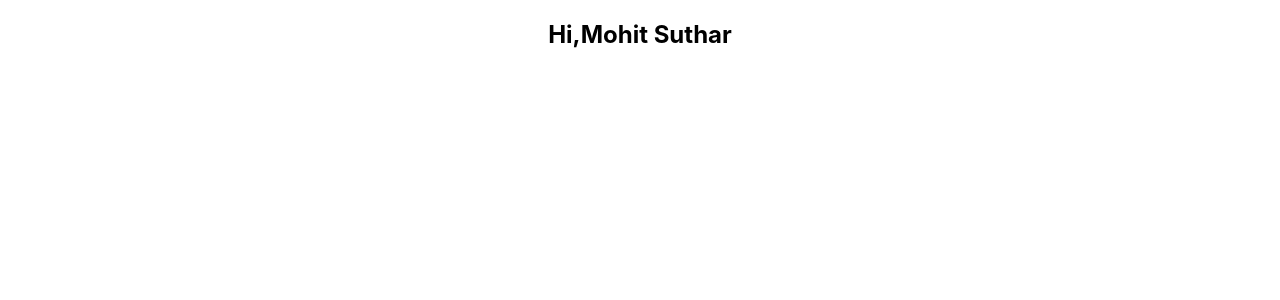
Repository: mohit78911/Wheather_app
Page: /
These files come from the project's save history. The page is drawn as it stood at one moment and after a run of saves; the edit follows.
The browser window is 1280 px wide. The pictures show the whole page.
The page's requests for data from a server got no answer. The project was rebuilt for these pictures with package versions that can differ from the ones it lists, and the page was loaded fresh each time. No one was signed in, and anything a server would have sent is missing. Also part of the build but not shown: src/App.css.

Above is the page before, as saved 2023-04-13 22:01:30.

After the next 7 saves:
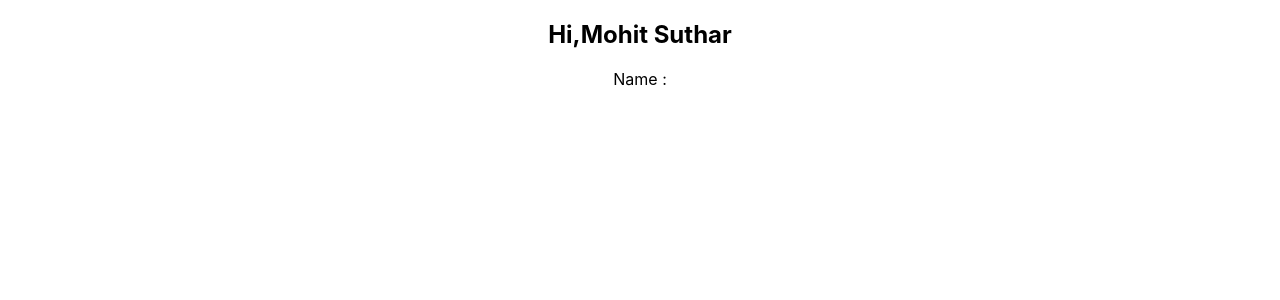
The 7 saves are shown as one change because 4 did not build or start and some came seconds apart.
The last was saved 83 s later.
--- a/src/App.js
+++ b/src/App.js
@@ -21,8 +21,8 @@
   return (
     <>
       <h2>Hi,Mohit Suthar</h2>
-      <div>{data.name}</div>
-      <div>{}</div>
+      <div>Name : {data.name}</div>
+      <div>{data.main}</div>
 
     </>
   );

After the 5 saves that followed:
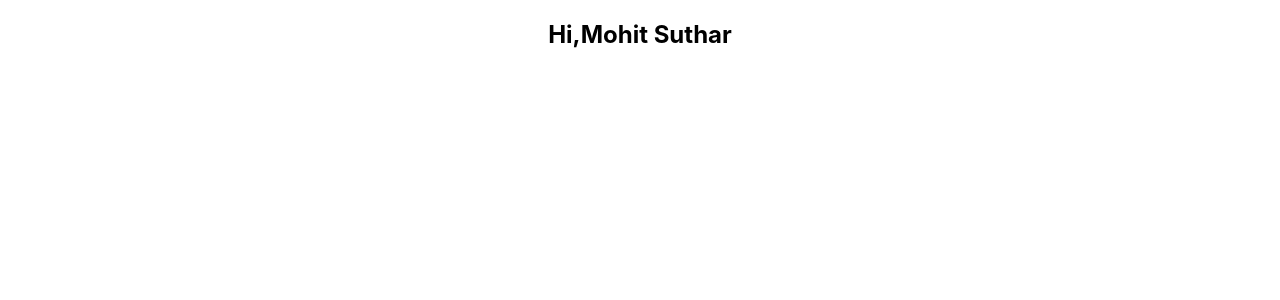
The 5 saves are shown as one change because 2 did not build or start and 1 left the picture as it was and some came seconds apart.
The last was saved 56 s later.
--- a/src/App.js
+++ b/src/App.js
@@ -4,14 +4,14 @@
 import { useEffect, useState } from "react";
 
 function App() {
-  const [data,setData]=useState({})
+  const [data, setData] = useState({});
 
   const URL =
     "https://api.openweathermap.org/data/2.5/weather?q=sirohi&appid=e307084c4507dcec68f39adf684659b9&units=metric";
   const getData = () => {
     axios
       .get(URL)
-      .then((resp) => setData(resp.data))
+      .then((resp) => console.log(resp.data))
       .catch((error) => console.log(error));
   };
 
@@ -21,9 +21,8 @@
   return (
     <>
       <h2>Hi,Mohit Suthar</h2>
-      <div>Name : {data.name}</div>
-      <div>{data.main}</div>
-
+      {/* <div>Name : {data.name}</div>
+      <div>{data.main.temp}</div> */}
     </>
   );
 }
